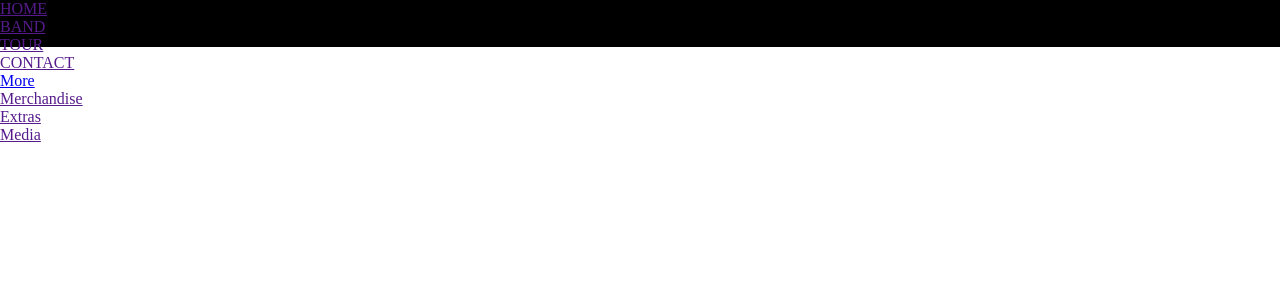
Repository: thanhsonnguyen-gif/f8-learn
Page: index.html
These files come from the project's save history. The page is drawn as it stood at one moment and after the next save; the edit follows.
The browser window is 1280 px wide. The pictures show the whole page.

Above is the page before, as saved 2022-06-23 09:41:46.

After the next save:
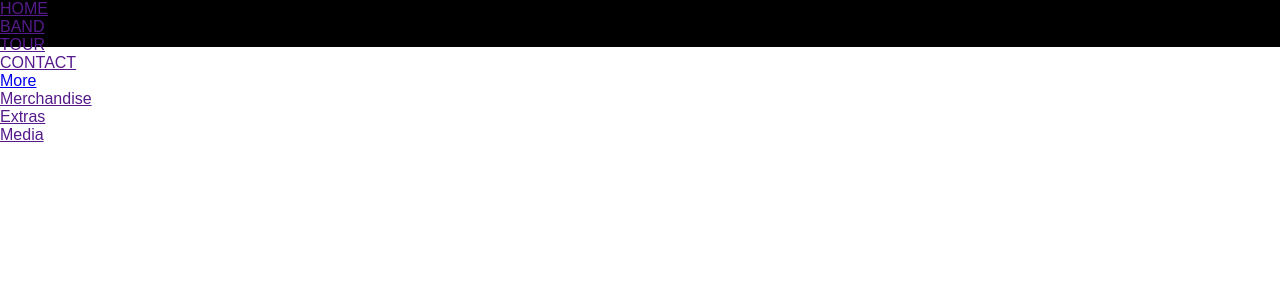
Saved 48 s later.
--- a/assets/css/style.css
+++ b/assets/css/style.css
@@ -6,6 +6,10 @@
 
 #main {
 
+}
+
+html{
+    font-family: Arial, Helvetica, sans-serif;
 }
 
 #header {
